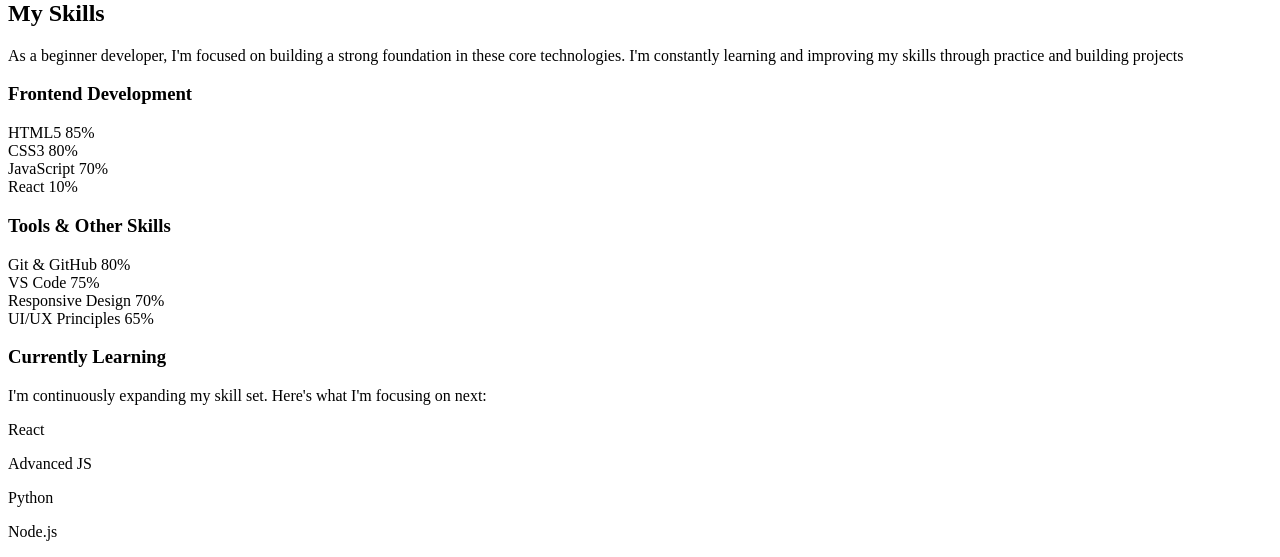
Repository: andajonas/ANDJON25111_fto2505_A_Anda-Jonas_CDV05
Page: index.html
An editor plug-in stored every save of this project. The page is shown before and after the next save, followed by the edit.
The browser window is 1280 px wide. The pictures show the part of the page from y = 557 to 1165 px (the page is 1114 px tall before and 1165 px after).
A picture or video elsewhere on the page could not be fetched, so the positions and the page height are approximate.

Above is the page before, as saved 2025-09-19 17:26:08.

### index.html
<!DOCTYPE html>
<html lang="en">
<head>
    <meta charset="UTF-8">
    <meta name="viewport" content="width=device-width, initial-scale=1.0">
    <title>Anda Jonas| Developer Portfolio </title>

</head>
<body>
    <!-- Header and Navigation -->
     <header>
        <div class="container">
            <nav>
                <a href="#" class="logo">Beginner Software <span>Developer</span></a>
                <ul class="nav-links">
                    <li><a href="#home">Home</a></li>
                    <li><a href="#skills">Skills</a></li>
                    <li><a href="#projects">Projects</a></li>
                    <li><a href="#contact">Contact</a></li>
                </ul>
            </nav>
        </div>
    </header>

    <!-- Hero Section -->
     <section id="home" class="hero">
        <div class="container">
            <div class="hero-content">
                <div class="hero-text">
                    <h1>Hello, I'm Anda Jonas.<span> A beginner Software Developer.</span></h1>
                    <p>I'm passionate about learning software development and building solutions that make a difference. Currently expanding my skills in web development and programming fundamentals.</p>
                    <div class="hero-btns">
                        <a href="#projects" class="btn">View My Projects</a>
                        <a href="#contact" class="btn btn-outline">Contact Me</a>
                    </div>
                </div>
                <div class="hero-image">
                    <img src="profile.jpg" alt="Anda Jonas">
                    </div>
            </div>
        </div>
     </section>

     <!-- Skills Section -->
      <section id="skills" class="skills">
        <div class="container">
            <h2 class="section-title">My Skills</h2>
            <p>As a beginner developer, I'm focused on building a strong foundation in these core technologies. I'm constantly learning and improving my skills through practice and building projects</p>
            <div class="skills-container">
                <div class="skill-category">
                    <h3><i class="fas fa-code"></i> Frontend Development</h3>
                    <div class="skill-item">
                        <div class="skill-header">
                            <span class="skill-name">HTML5</span>
                            <span class="skill-level">85%</span>
                        </div>
                        <div class="skill-bar">
                            <div class="skill-progress" style="width: 85%"></div>
                        </div>
                    </div>
                    <div class="skill-item">
                        <div class="skill-header">
                            <span class="skill-name">CSS3</span>
                            <span class="skill-level">80%</span>
                        </div>
                        <div class="skill-bar">
                            <div class="skill-progress" style="width: 80%"></div>
                        </div>
                    </div>
                    <div class="skill-item">
                        <div class="skill-header">
                            <span class="skill-name">JavaScript</span>
                            <span class="skill-level">70%</span>
                        </div>
                        <div class="skill-bar">
                            <div class="skill-progress" style="width: 70%"></div>
                        </div>
                    </div>
                    <div class="skill-item">
                        <div class="skill-header">
                            <span class="skill-name">React</span>
                            <span class="skill-level">10%</span>
                        </div>
                        <div class="skill-bar">
                            <div class="skill-progress" style="width: 10%"></div>
                        </div>
                    </div>
                </div>

                <div class="skill-category">
                    <h3><i class="fas fa-tools"></i> Tools & Other Skills</h3>
                    <div class="skill-item">
                        <div class="skill-header">
                            <span class="skill-name">Git & GitHub</span>
                            <span class="skill-level">80%</span>
                        </div>
                        <div class="skill-bar">
                            <div class="skill-progress" style="width: 80%"></div>
                        </div>
                    </div>
                    <div class="skill-item">
                        <div class="skill-header">
                            <span class="skill-name">VS Code</span>
                            <span class="skill-level">75%</span>
                        </div>
                        <div class="skill-bar">
                            <div class="skill-progress" style="width: 75%"></div>
                        </div>
                    </div>
                    <div class="skill-item">
                        <div class="skill-header">
                            <span class="skill-name">Responsive Design</span>
                            <span class="skill-level">70%</span>
                        </div>
                        <div class="skill-bar">
                            <div class="skill-progress" style="width: 70%"></div>
                        </div>
                    </div>
                    <div class="skill-item">
                        <div class="skill-header">
                            <span class="skill-name">UI/UX Principles</span>
                            <span class="skill-level">65%</span>
                        </div>
                        <div class="skill-bar">
                            <div class="skill-progress" style="width: 65%"></div>
                         <div>
                            <div>
                            </div>
                         </div>

                         <div class="learning-path">
                            <h3>Currently Learning</h3>
                            <p>I'm continuously expanding my skill set. Here's what I'm focusing on next:</p>
                            <div class="path-items">
                                <div class="path-item">
                                    <i class="fab fa-react"></i>
                                    <p>React</p>
                                </div>
                                <div class="path-item">
                                    <i class="fab fa-js-square"></i>
                                    <p>Advanced JS</p>
                                </div>
                                <div class="path-item">
                                    <i class="fas fa-database"></i>
                                    <p>Python</p>
                                </div>
                                <div class="path-item">
                                    <i class="fab fa-node-js"></i>
                                    <p>Node.js</p>
                                </div>
                            </div>
                        </div>
                         </div>
                        </section>

<!-- Projects Section -->

After the next save:
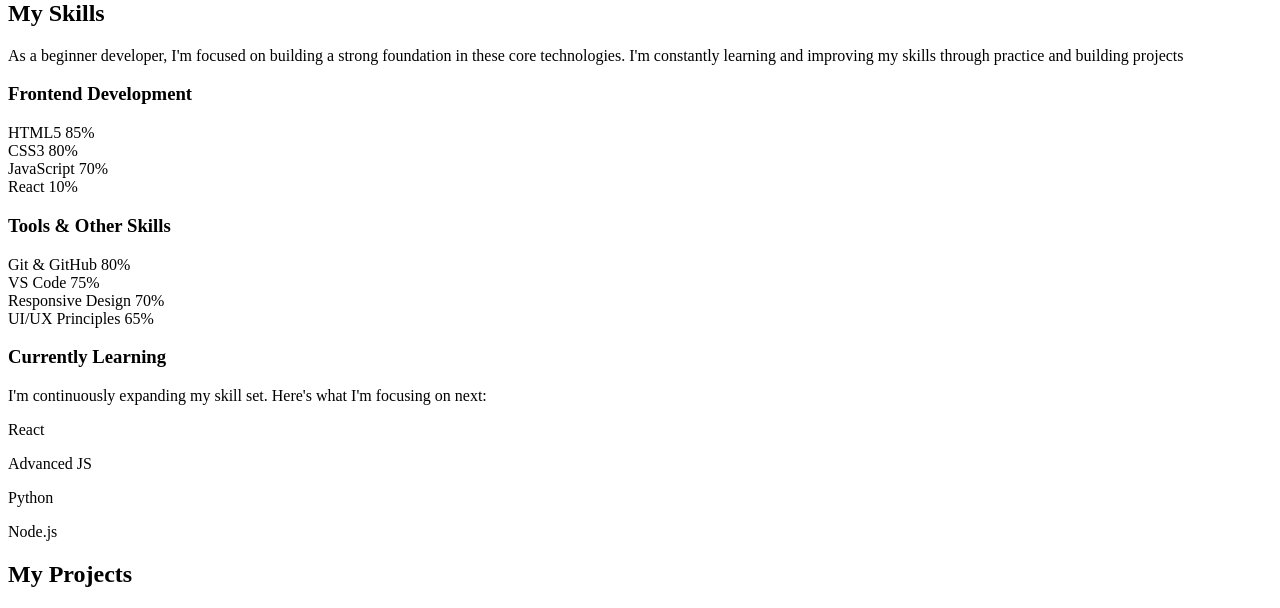
Saved 5 min 19 s later.
--- a/index.html
+++ b/index.html
@@ -154,3 +154,8 @@
                         </section>
 
 <!-- Projects Section -->
+<section id="projects" class="projects">
+    <div class="container">
+        <h2 class="section-title">My Projects</h2>
+        <div class="projects-container">
+            <div class="project">
